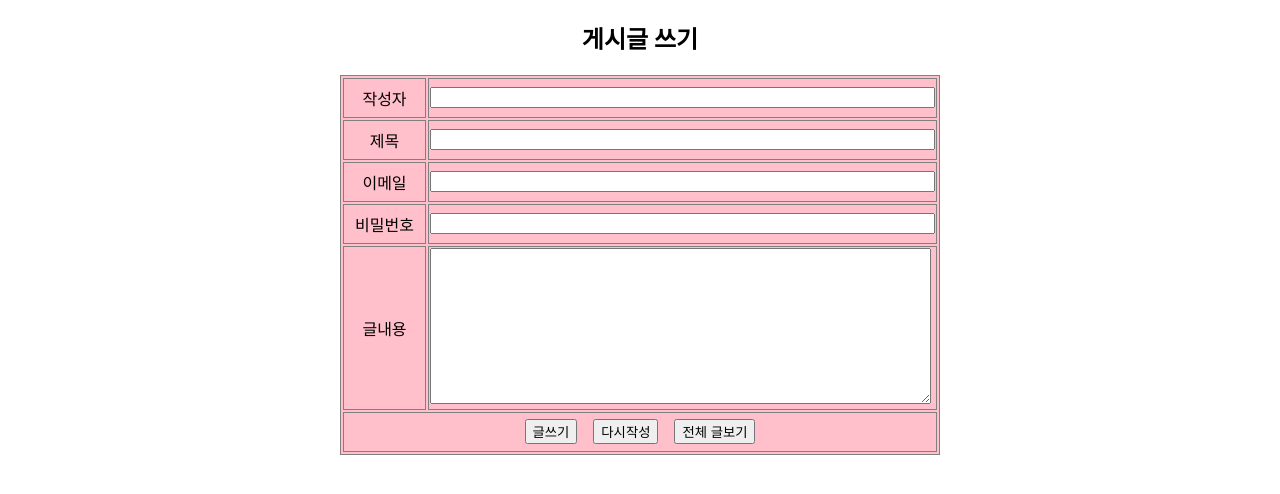
Repository: kdw1437/CreateBoardProject
Page: http://localhost/Board/BoardWriteForm.jsp
The author's editor kept a copy of each file at every save. The page is drawn from the files as they stood at one save, then again after the next save.
The browser window is 1280 px wide. The pictures show the whole page.
The page is served by Tomcat 9.

Above is the page before, as saved 2024-08-07 05:56:24.

After the next save:
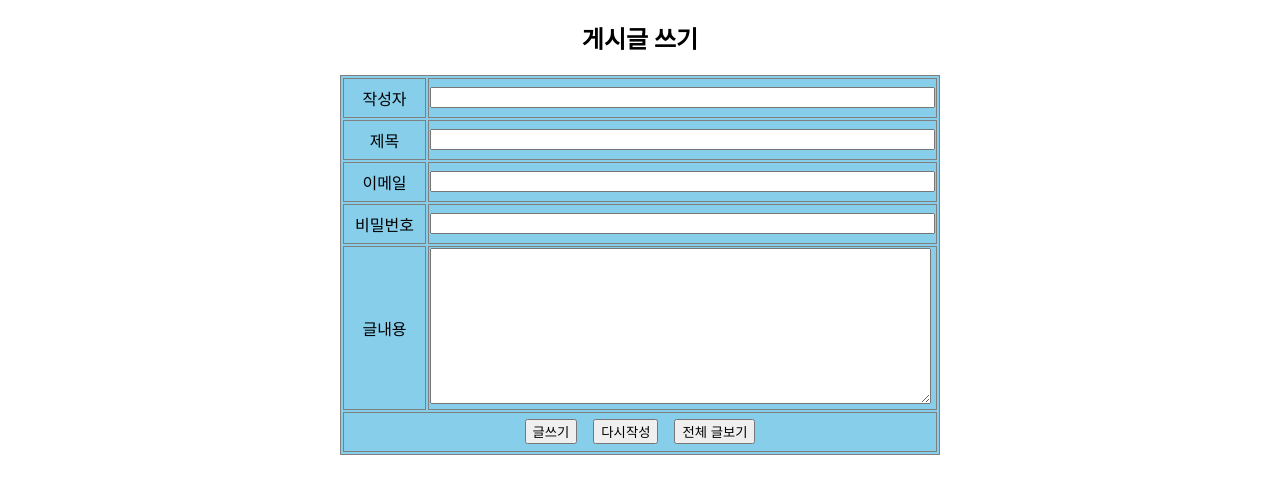
Saved 20 s later.
--- a/Board/src/main/webapp/BoardWriteForm.jsp
+++ b/Board/src/main/webapp/BoardWriteForm.jsp
@@ -8,7 +8,7 @@
 <h2> 게시글 쓰기 </h2>
 
 <form action="BoardWriteProc.jsp" method="post">
-<table width="600" border="1" bordercolor="gray" bgcolor="pink">
+<table width="600" border="1" bordercolor="gray" bgcolor="skyblue">
 	<tr height="40">
 		<td align="center" width="150"> 작성자 </td>
 		<td width="450"> <input type="text" name="writer" size="60"></td>
